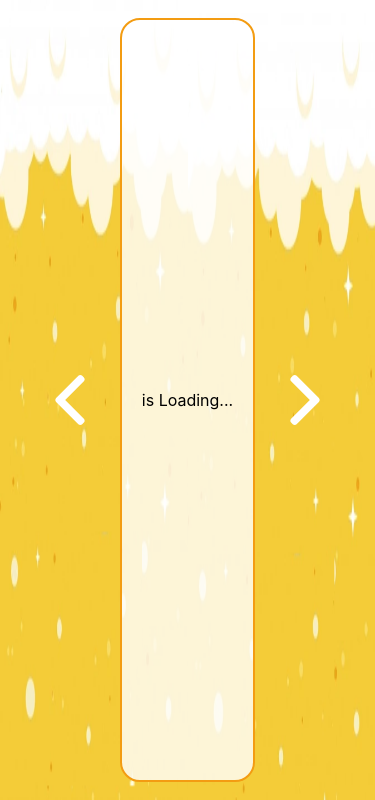
Repository: SebastianArmata22/Beer-app
Page: /
An editor plug-in stored every save of this project. The page is shown before and after the next save, followed by the edit.
The browser window is 375 px wide. The pictures show the whole page.
The page's requests for data from a server got no answer. The project was rebuilt for these pictures with package versions that can differ from the ones it lists, and the page was loaded fresh each time. No one was signed in, and anything a server would have sent is missing. Also part of the build but not shown: src/Card.js.

Above is the page before, as saved 2021-01-05 22:56:06.

### src/App.js
import './App.css';
import Card from './Card.js'
import React from 'react'
import rigtArrow from'./right-arrow.svg'
import leftArrow from'./left-arrow.svg'


class App extends React.Component {

  constructor(props){
    super(props);
    this.state={
      isLoaded:false,
      data:[],
      isNext:true
    }
    this.counter=1
    this.nextBeer=this.nextBeer.bind(this)
    this.previousBeer=this.previousBeer.bind(this)
  }
  getUrl(){
   return `https://api.punkapi.com/v2/beers/${this.counter}`
  }
  getDateFromApi(url){
    fetch(url)
    .then(response=>response.json())
    .then(dataApi=>this.setState({
      isLoaded: true,
      data: dataApi}))
  }
  nextBeer(){
    this.setState({isLoaded: false})
    this.counter<325 && this.counter++
    this.getDateFromApi(this.getUrl())
    this.setState({isNext:true})
  }
 previousBeer(){
    this.setState({isLoaded: false})
    this.counter>1 && this.counter--
    this.getDateFromApi(this.getUrl());
    this.setState({isNext:false})
  }
  componentDidMount(){
    this.getDateFromApi(this.getUrl());
  }
  render(){
    return(
        <div className="app-container">
        <img className="svg-button" onClick={this.previousBeer} src={leftArrow} alt="previous" height='100px'/>
        {this.state.isLoaded ? <Card item={this.state.data} isNext={this.state.isNext} /> : <div className="card load-div">is Loading...</div>}
        <img className="svg-button" onClick={this.nextBeer} src={rigtArrow} alt="next" height='100px' />
        </div>

    )
  }
}

export default App;

### src/App.css
.app-container{
  width: 100%;
  min-height: 100vh;
  display: flex;
  justify-content: center;
  align-items: center;
}

.svg-button{
  cursor: pointer;
}

@media only screen and (max-width: 600px) {
  .svg-button{
    transform: scale(0.5);
  }

}

### src/Card.css
*{
    margin: 0;
    padding: 0;

}
body{
    background-image: url('./background.png');
    background-repeat: no-repeat;
    background-size: 100% 100%;
}
.card {
border: 2px solid #f39c12;
border-radius: 20px;
max-width: 700px;
display: flex;
flex-direction: column;
min-height: 90vh;
padding: 20px;
background-color: rgba(255, 255, 255,0.8);
}
.card h2{
    color: #f39c12;
}

.photo-beer{
    height: 50vh;
}
.photo-card{
    display: flex;
    align-items: center;
    flex-direction: column;

}

.load-div{
    display: flex;
     justify-content: center;
     align-items: center;
}

.text-card{
    position: relative;
    text-align: left;
}

@media only screen and (max-width: 600px) {

}

Loaded but not shown: public/index.html (common file); src/index.js (common file); src/index.css (common file)

After the next save:
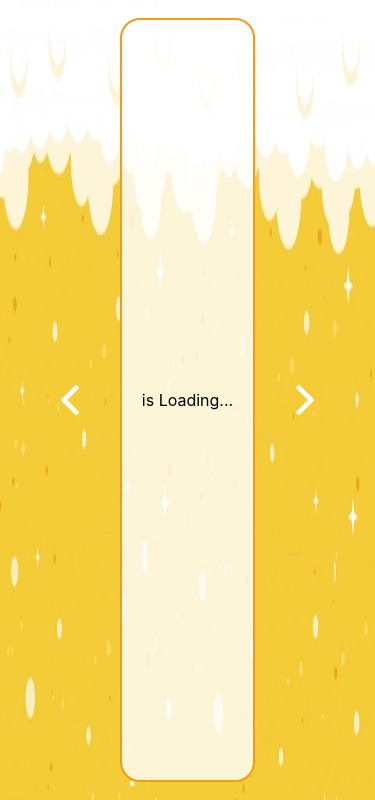
Saved 11 s later.
--- a/src/App.css
+++ b/src/App.css
@@ -12,7 +12,7 @@
 
 @media only screen and (max-width: 600px) {
   .svg-button{
-    transform: scale(0.5);
+    transform: scale(0.3);
   }
 
 }
